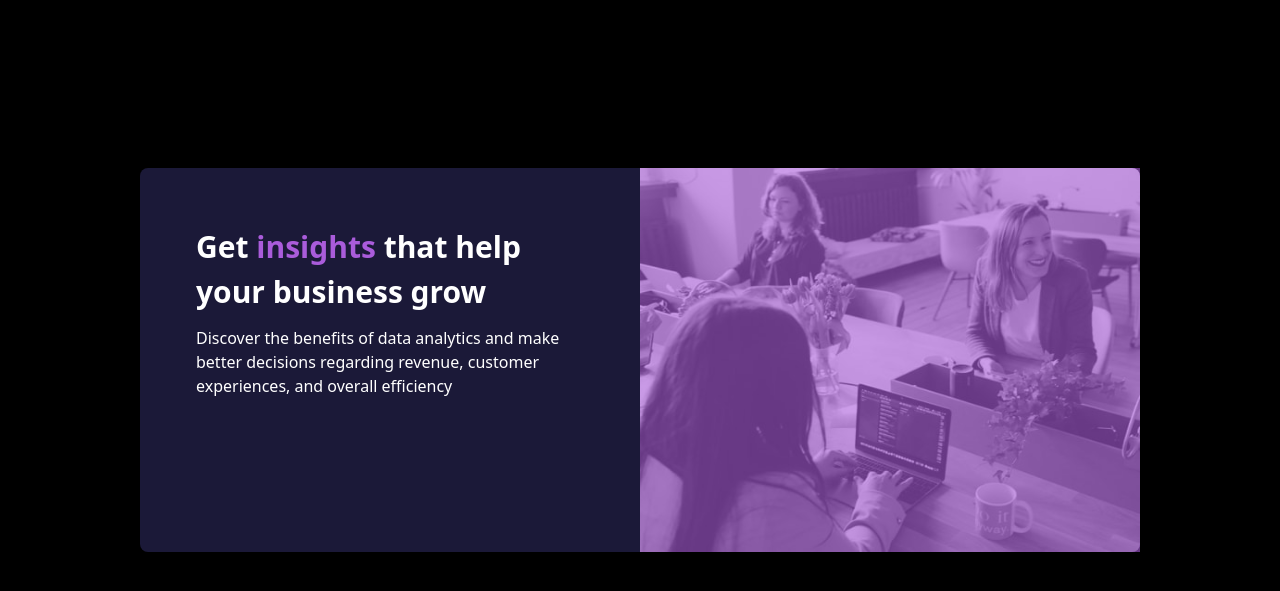
Repository: BerlinWebDev/FrontendMaster_PreviewMentor
Page: /
The author's editor kept a copy of each file at every save. The page is drawn from the files as they stood at one save, then again after the next save.
The browser window is 1280 px wide. The pictures show the whole page.
The project was rebuilt for these pictures with package versions that can differ from the ones it lists, and the page was loaded fresh each time.

Above is the page before, as saved 2023-11-11 19:26:21.

After the next save:
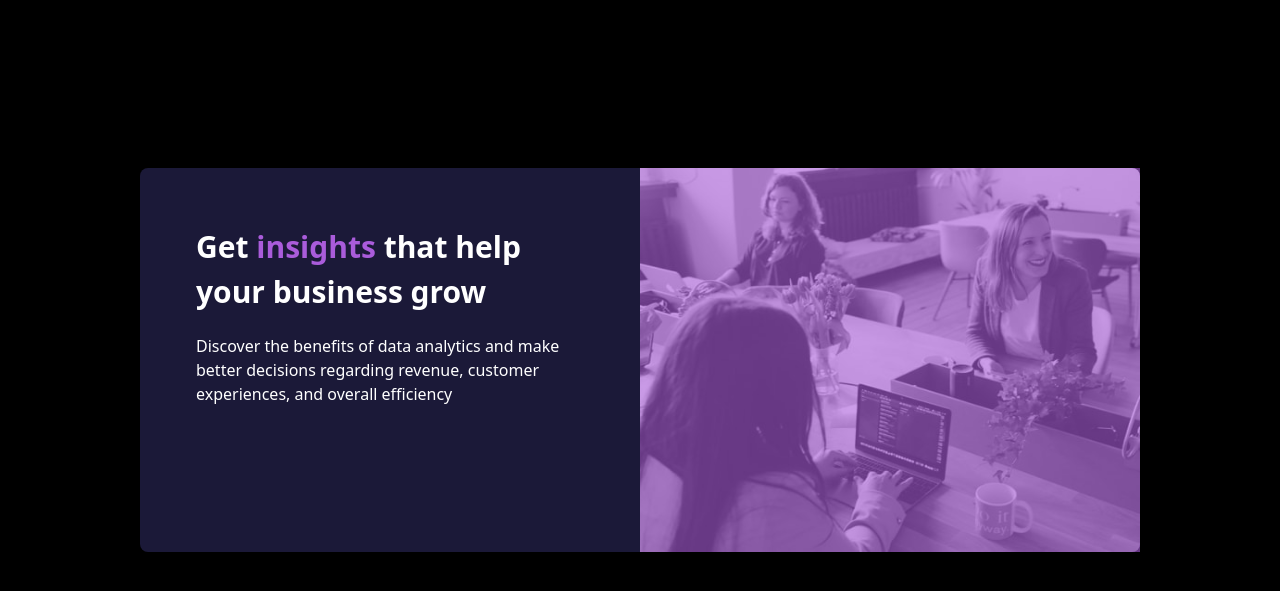
Saved 4 s later.
--- a/src/App.js
+++ b/src/App.js
@@ -17,7 +17,7 @@ function App() {
                 <br />
                 your business grow
               </div>
-              <div className="mt-3">
+              <div className="mt-5">
                 <p className="text-white">
                   Discover the benefits of data analytics and make better
                   decisions regarding revenue, customer experiences, and overall
